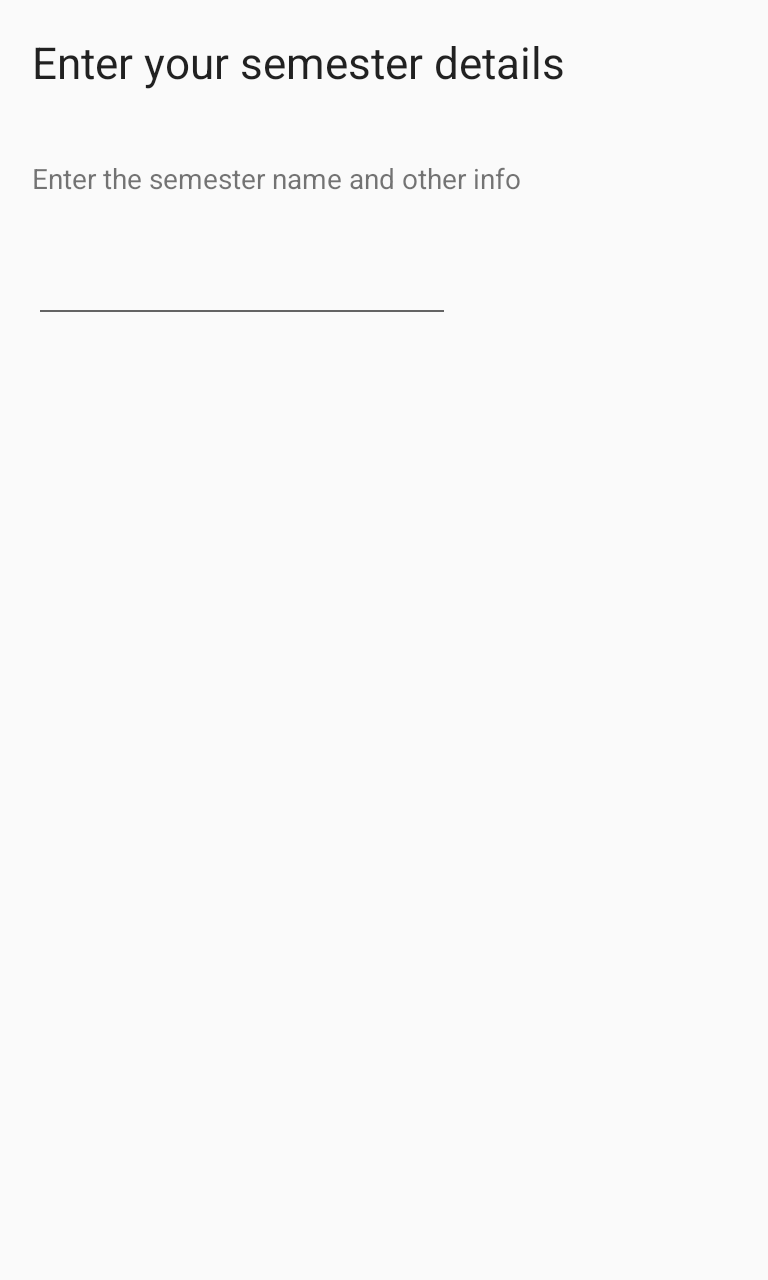
Repository: TeamZhao/Assignment-Tracker
Layout: Assignment-Tracker/AssignmentTracker/res/layout/activity_main.xml
An editor plug-in stored every save of this project. The layout is shown before and after the next save, followed by the edit.
It is drawn on a 768 x 1280 px phone screen (xhdpi) without system bars, with theme AppTheme; the app's code is not run.

Above is the layout before, as saved 2014-10-10 21:10:07.

After the next save:
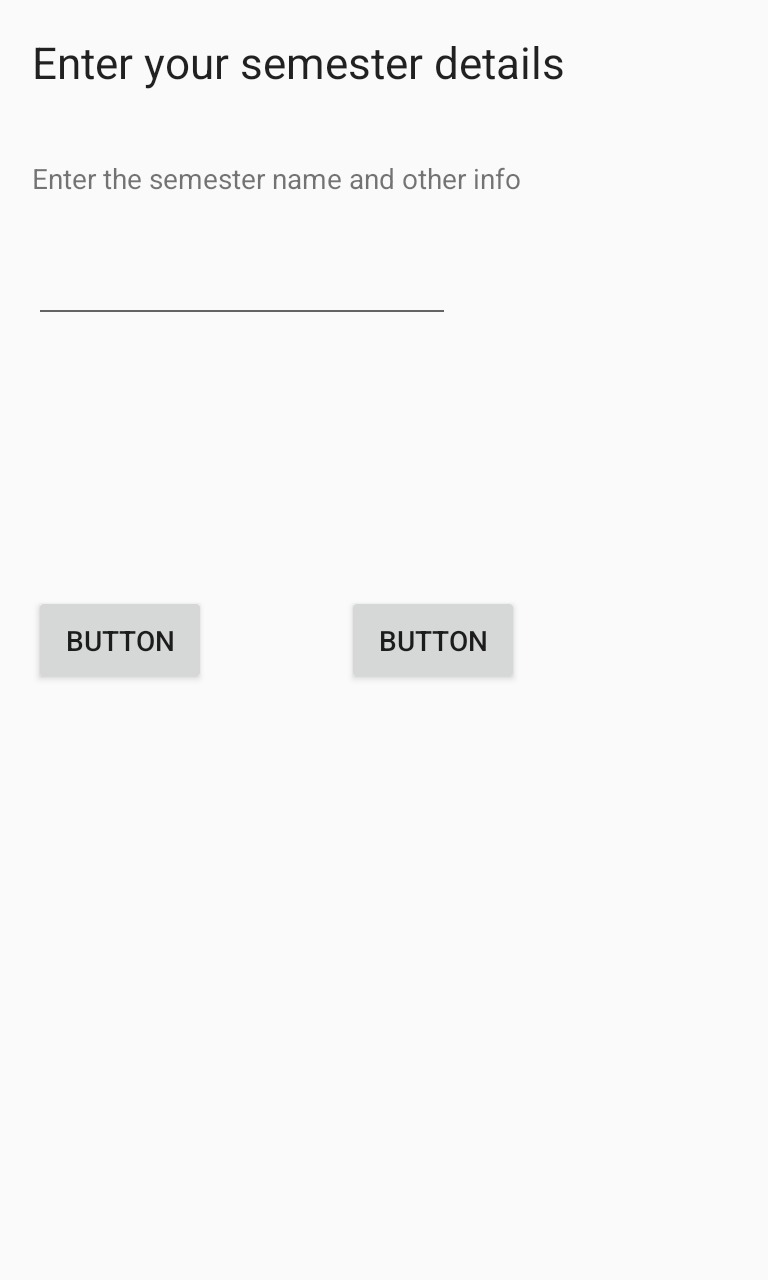
Saved 17 s later.
--- a/Assignment-Tracker/AssignmentTracker/res/layout/activity_main.xml
+++ b/Assignment-Tracker/AssignmentTracker/res/layout/activity_main.xml
@@ -35,4 +35,20 @@
         android:ems="10"
         android:inputType="text" />
 
+    <Button
+        android:id="@+id/button1"
+        android:layout_width="wrap_content"
+        android:layout_height="wrap_content"
+        android:layout_alignLeft="@+id/semesterDetails"
+        android:layout_centerVertical="true"
+        android:text="Button" />
+
+    <Button
+        android:id="@+id/button2"
+        android:layout_width="wrap_content"
+        android:layout_height="wrap_content"
+        android:layout_alignBottom="@+id/button1"
+        android:layout_alignRight="@+id/textView3"
+        android:text="Button" />
+
 </RelativeLayout>
